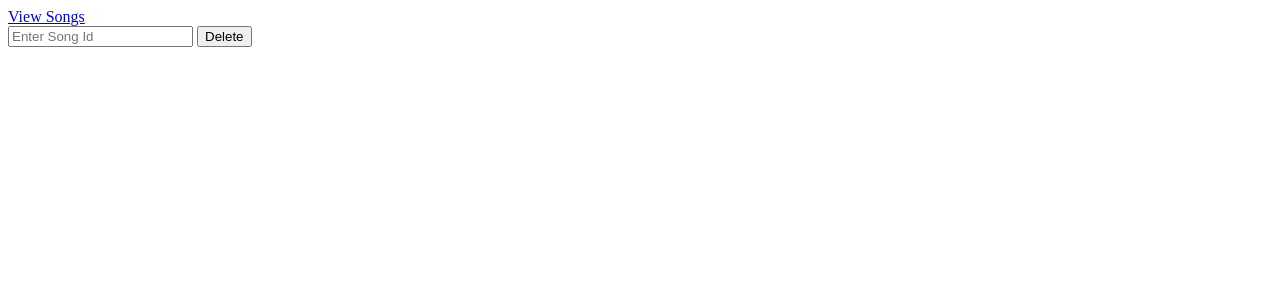
Repository: vishaltawar/J2EE-WEJE-2
Page: http://localhost/musicjsp/DeleteSongTransferId.jsp
An editor plug-in stored every save of this project. The page is shown before and after the next save, followed by the edit.
The browser window is 1280 px wide. The pictures show the whole page.
The page is served by Tomcat 9. Queries for data that is not in the repository find no rows.

Above is the page before, as saved 2022-12-18 19:47:45.

After the next save:
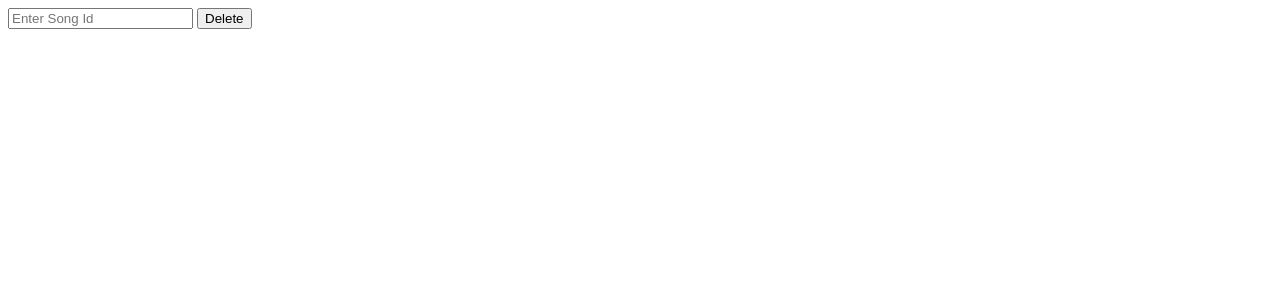
Saved 30 s later.
--- a/musicjsp/src/main/webapp/DeleteSongTransferId.jsp
+++ b/musicjsp/src/main/webapp/DeleteSongTransferId.jsp
@@ -8,7 +8,7 @@
 <title>Insert title here</title>
 </head>
 <body>
-<a href="ViewSong.jsp">View Songs</a>
+<!--<a href="ViewSong.jsp">View Songs</a>  -->
 <form action="./deleteSong.jsp">
 <input type="text" name="id" placeholder="Enter Song Id ">
 <input type="submit" value="Delete">
